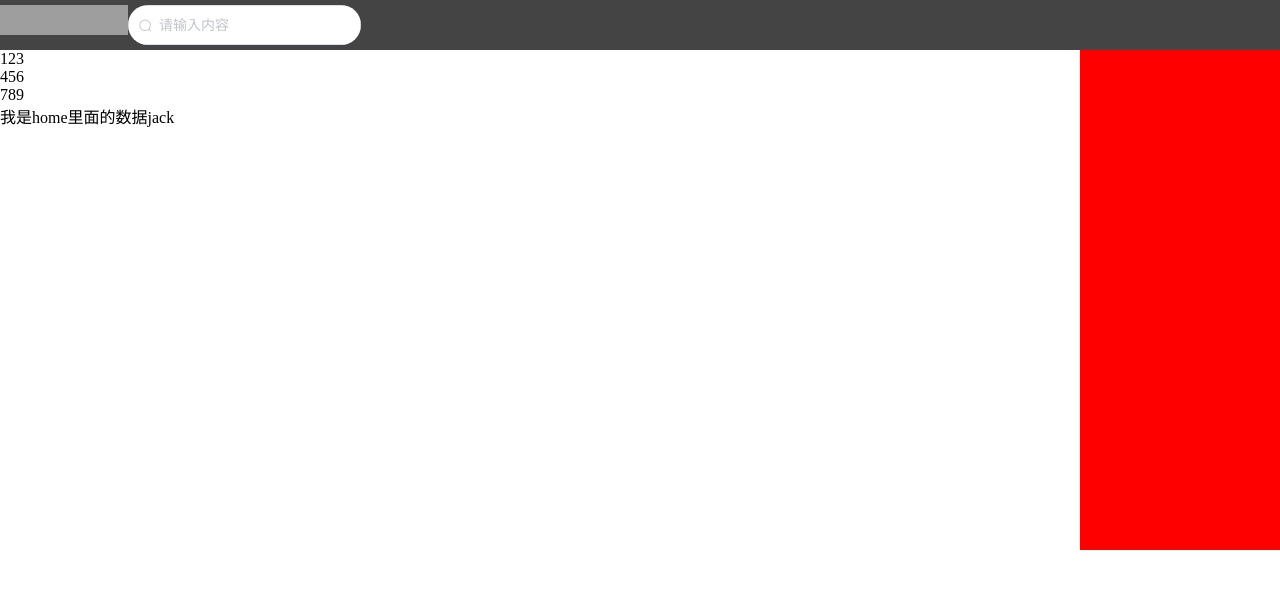
Repository: jinggegeZ/cnode
Page: /
These files come from the project's save history. The page is drawn as it stood at one moment and after a run of saves; the edit follows.
The browser window is 1280 px wide. The pictures show the whole page.
Pictures or frames that could not be fetched are drawn as grey boxes. The project was rebuilt for these pictures with package versions that can differ from the ones it lists, and the page was loaded fresh each time.

Above is the page before, as saved 2020-06-05 11:46:52.

### src/main.js
import Vue from 'vue'
import App from './App.vue'
import router from './router'
import store from './store'
import ElementUI from 'element-ui'
import 'element-ui/lib/theme-chalk/index.css'


Vue.config.productionTip = false
Vue.use(ElementUI);
new Vue({
  router,
  store,
  render: h => h(App)
}).$mount('#app')

### src/App.vue
<template>
  <div id="app">
    <router-view/>
  </div>
</template>

<style lang="scss">
   * {
  margin: 0;
  padding: 0;
 }
</style>

### src/router/index.js
import Vue from 'vue'
import VueRouter from 'vue-router'
import Home from '../views/Home.vue'
import layout from '../views/layout1/layout'

Vue.use(VueRouter)

  const routes = [
    {
      path:'/home',
      redirect:'/'
    },
  {
    path:'/',
    name:'layout',
    component: layout,
    children: [
      {
        path: '',
        name: 'Home',
        component: Home
      },
    ]
  },

  {
    path: '/about',
    name: 'About',
    component: () => import('../views/About.vue')
  },
  {
    path: '/parents',
    name: 'parents',
    component: () => import('../views/parents/parents.vue'),

  },
]

const router = new VueRouter({
  mode: 'history',
  base: process.env.BASE_URL,
  routes
})

export default router

### src/store/index.js
import Vue from 'vue'
import Vuex from 'vuex'

Vue.use(Vuex)

export default new Vuex.Store({
  state: {
    name:'jack'
  },
  mutations: {
  },
  actions: {
  },
  modules: {
  }
})

### src/views/Home.vue
<template>
 <div>
  <div>123</div>
  <div>456</div>
  <div>789</div>
  <div>我是home里面的数据{{name}}</div>
 </div>
</template>

<script>

 export default {
   data () {
     return {

     }
   },
   components: {

   },
   methods: {

   },
   mounted() {

   },
   watch: {

   },
   computed: {
     name() {
       return this.$store.state.name
     }
   }
 }
</script>

<style scoped>

</style>

### src/views/layout1/layout.vue
<template>
 <div>
    <div class="container">

            <div class="top">
            <top></top>
            </div>

        <div class="content">
            <div>
                <router-view></router-view>
            </div>
            <div class="right">
                <right></right>
            </div>
        </div>
        <div class="below">
            <below></below>
        </div>
    </div>
 </div>
</template>

<script>
    import top from '../../components/top/top'
    import right from '../../components/right/right'
    import below from '../../components/below/below'
 export default {
     name:'layout',
   data () {
     return {

     }
   },
   components: {
       top,
       right,
       below,
   },
   methods: {

   },
   mounted() {

   },
   watch: {

   },
   computed: {
   }
 }
</script>

<style scoped>
    .container {
        width: 100%;
    }


</style>

### src/components/top/top.vue
<template>
  <div>
    <div class="top">
      <div class="box">
        <div class="b-left">
          <div>
            <img
              src="//static2.cnodejs.org/public/images/cnodejs_light.svg"
              alt
              width="128px"
              height="30px"
            />
          </div>
          <div class="ipt">
            <el-input placeholder="请输入内容" prefix-icon="el-icon-search" v-model="input2"></el-input>
          </div>
        </div>
        <div></div>
      </div>
    </div>
  </div>
</template>

<script>
export default {
  data() {
    return {};
  },
  components: {},
  methods: {},
  mounted() {},
  watch: {},
  computed: {}
};
</script>

<style scoped >
.top {
  width: 100%;
  height: 50px;
  background: rgb(68, 68, 68);
}
.box {
  max-width: 1400px;
  height: 50px;
  margin: 0 auto;
  display: flex;
  justify-content: space-between;
  align-items: center;
}
.b-left {
  display: flex;
}
.ipt {
  width: 233px;

  border-radius: 50px !important;
  overflow: hidden;
}
</style>

### src/components/right/right.vue
<template>
 <div>
    <div class="right"></div>
 </div>
</template>

<script>
 export default {
   data () {
     return {

     }
   },
   components: {

   },
   methods: {

   },
   mounted() {

   },
   watch: {

   },
   computed: {

   }
 }
</script>

<style scoped>
    .right {
        width: 200px;
        height: 500px;
        background: red;
        position: absolute;
        right: 0;
        top: 50px;
    }
</style>

### src/components/below/below.vue
<template>
 <div>
    <div class="foot">
        <div class="f-box"></div>
    </div>
 </div>
</template>

<script>
 export default {
   name: '',
   props: {
   },
   components: {

   },
   data () {
     return {

     }
   },
   methods: {

   },
   mounted() {

   },
   watch: {

   },
   computed: {

   }
 }
</script>

<style scoped>
    .foot {
        width: 100%;
        position: absolute;
        bottom: 0;
    }
    .f-box {
        width: 1400px;
        align-items: center;
        background: skyblue;
    }
</style>

Loaded but not shown: public/index.html (common file)

After the next 2 saves:
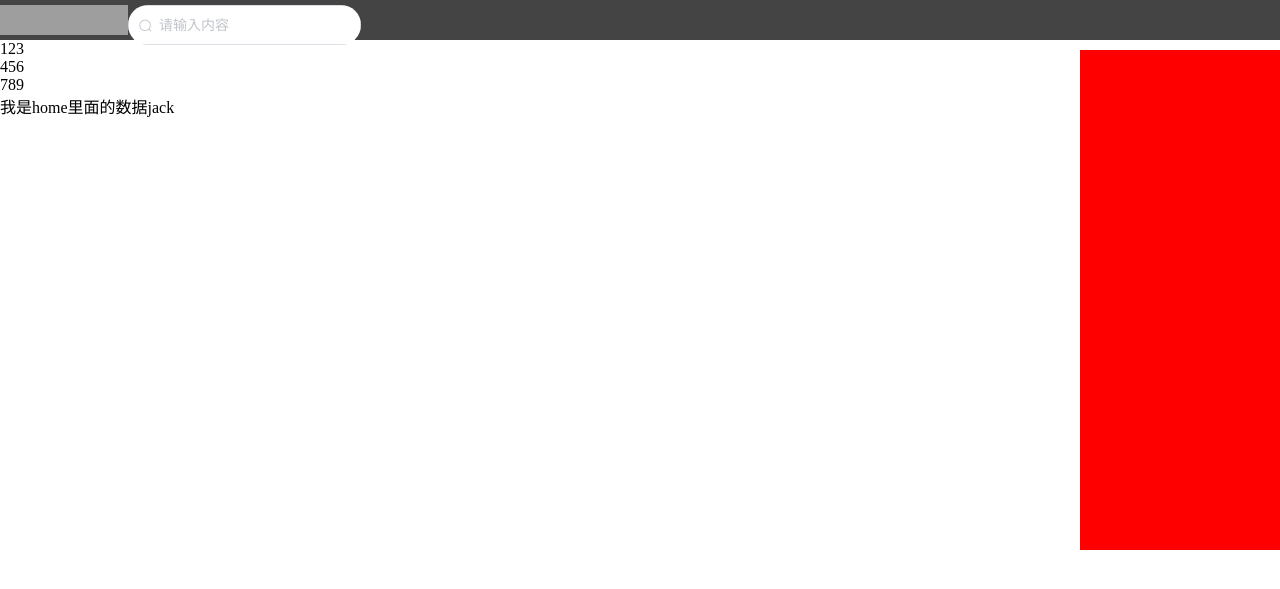
The 2 saves are shown as one change because 1 did not build or start.
The last was saved 3 min 22 s later.
--- a/src/components/top/top.vue
+++ b/src/components/top/top.vue
@@ -37,7 +37,7 @@ export default {
 <style scoped >
 .top {
   width: 100%;
-  height: 50px;
+  height: 40px;
   background: rgb(68, 68, 68);
 }
 .box {
